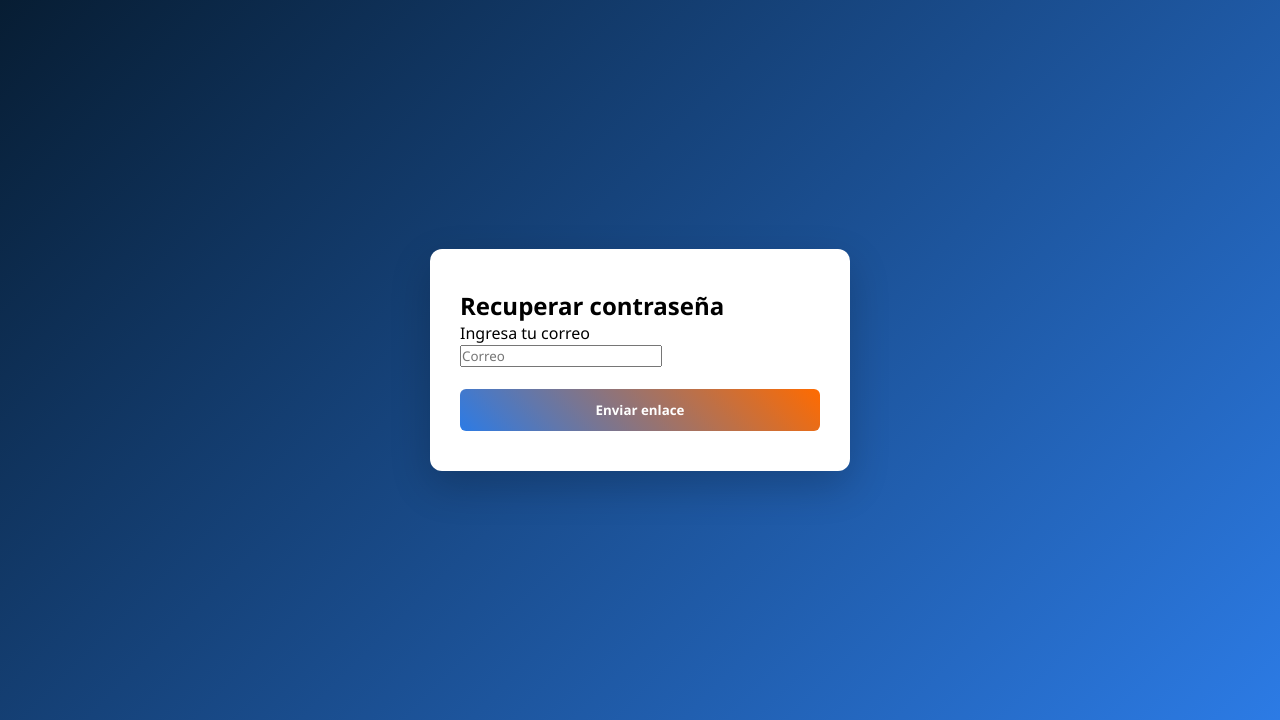
Repository: Miguelperdomo/Biocenter
Page: http://localhost/public_html/PHP/recuperar.php
These files come from the project's save history. The page is drawn as it stood at one moment and after the next save; the edit follows.
The browser window is 1280 px wide. The pictures show the whole page.
The page is run by PHP 8.4 with error messages shown; the project is at /var/www/html/.

Above is the page before, as saved 2026-02-16 14:32:37.

After the next save:
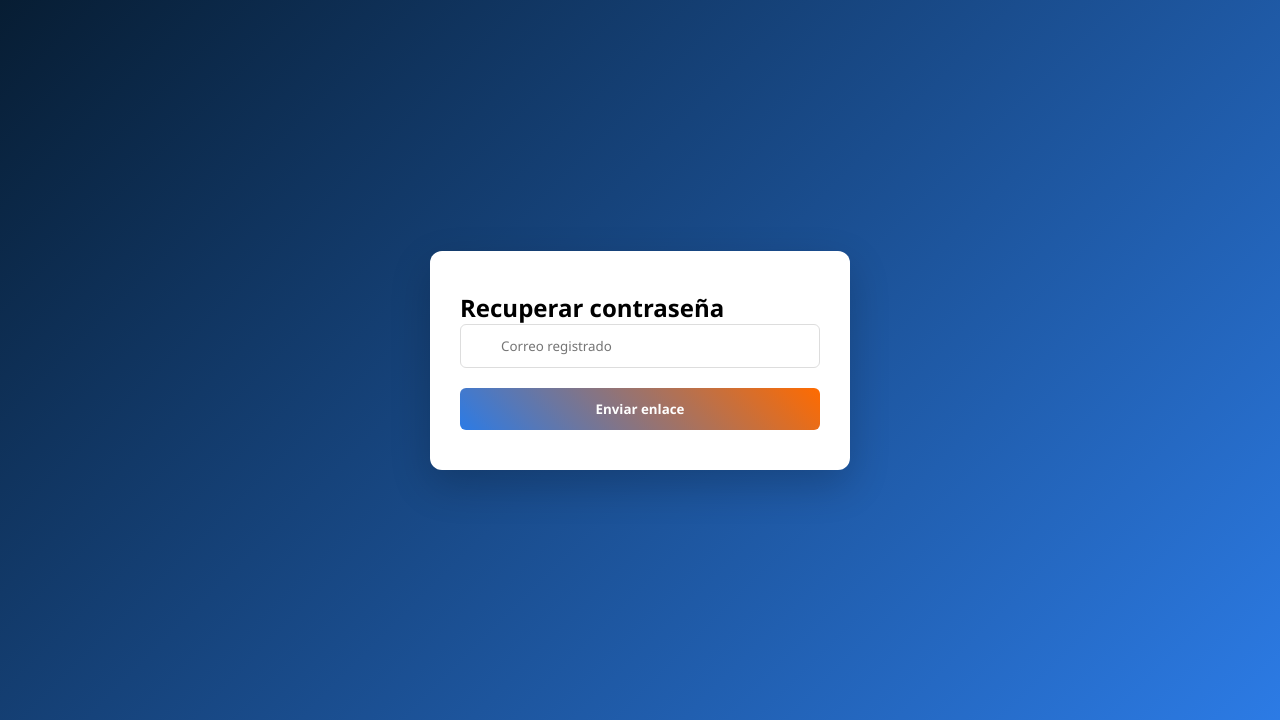
Saved 24 s later.
--- a/PHP/recuperar.php
+++ b/PHP/recuperar.php
@@ -5,8 +5,7 @@
 <html>
 <head>
 <meta charset="UTF-8">
-<title>Recuperar contraseña</title>
-<link rel="stylesheet" href="./diseno/style2.css">
+<link rel="stylesheet" href="diseno/style2.css">
 </head>
 <body>
 
@@ -14,12 +13,15 @@
 <div class="login-card">
 
 <h2>Recuperar contraseña</h2>
-<p>Ingresa tu correo</p>
 
-<form action="enviar_reset.php" method="POST">
-<input type="email" name="email" placeholder="Correo" required>
-<br><br>
+<form action="PHP/enviar_reset.php" method="POST">
+
+<div class="input-group">
+<input type="email" name="email" placeholder="Correo registrado" required>
+</div>
+
 <button class="btn-login">Enviar enlace</button>
+
 </form>
 
 </div>
